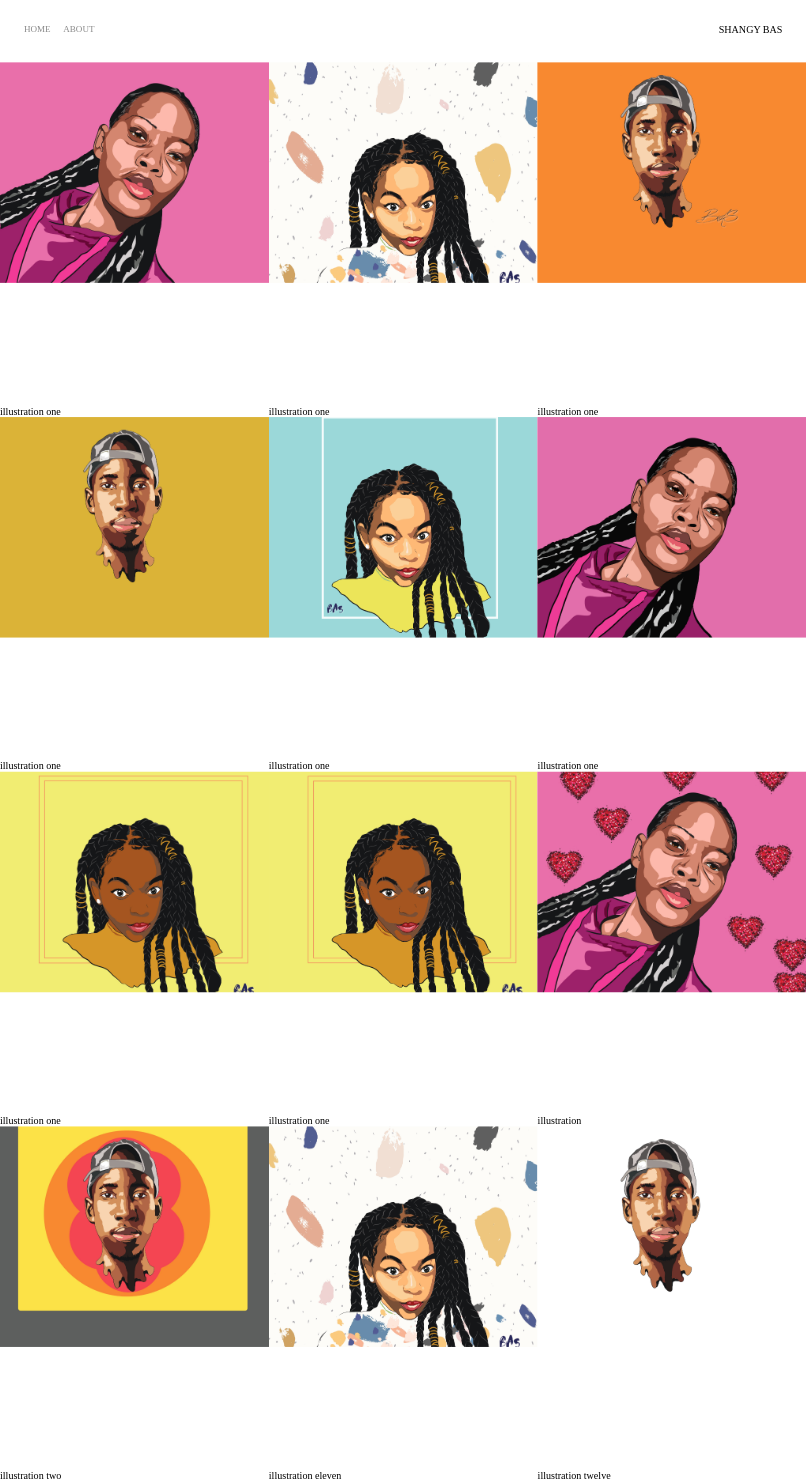
Repository: Basalil1/Basillustration.github.io
Page: index.html
These files come from the project's save history. The page is drawn as it stood at one moment and after the next save; the edit follows.
The browser window is 1280 px wide. The pictures show the whole page, at 63% of full size.

Above is the page before, as saved 2020-05-08 04:30:47.

### index.html
<!DOCTYPE html>
<html lang="en">

<head>
    <meta charset="UTF-8">
    <meta name="viewport" content="width=device-width, initial-scale=1.0">
    <title>Document</title>
    <link rel="stylesheet" href="styles.css">
</head>


<body>

    <div class="container">

        <div class="nav-wrapper">

            <div class="left-side">
                <div class="nav-link-wrapper">
                    <a href="index.html"> Home</a>
                </div>
                <div class="nav-link-wrapper">
                    <a href="about.html"> About</a>
                </div>
            </div>
            <div class="right-side">
                <div class="brand">
                    <div>SHANGY BAS</div>
                </div>
            </div>
        </div>
        <div class="content-wrapper">
            <div class="porfolio-items-wrapper">


                <div class="porfolio-item-wrapper">
                    <div class="portfolio-img-background" style="background-image: url(img/LVU_01.jpg);"> </div>
                    <div class="img-text-wrapper">
                        <div class="logo-wrapper">
                            <img src="img/logos/quip.png" alt="">

                        </div>
                        <div class="subtitle">
                            illustration one
                        </div>
                    </div>
                </div>
                <!---->
                <div class="porfolio-item-wrapper">
                    <div class="portfolio-img-background" style="background-image: url(Hlom.jpg);"> </div>
                    <div class="img-text-wrapper">
                        <div class="logo-wrapper">
                            <img src="img/logos/quip.png" alt="">

                        </div>
                        <div class="subtitle">
                            illustration one
                        </div>
                    </div>
                </div>
                <!----->
                <div class="porfolio-item-wrapper">
                    <div class="portfolio-img-background" style="background-image: url(img/shangy.jpg);"> </div>
                    <div class="img-text-wrapper">
                        <div class="logo-wrapper">
                            <img src="img/logos/quip.png" alt="">

                        </div>
                        <div class="subtitle">
                            illustration one
                        </div>
                    </div>
                </div>
                <!----->
                <div class="porfolio-item-wrapper">
                    <div class="portfolio-img-background" style="background-image: url(img/bas.jpg);"> </div>
                    <div class="img-text-wrapper">
                        <div class="logo-wrapper">
                            <img src="img/logos/quip.png" alt="">

                        </div>
                        <div class="subtitle">
                            illustration one
                        </div>
                    </div>
                </div>
                <!----->
                <div class="porfolio-item-wrapper">
                    <div class="portfolio-img-background" style="background-image: url(img/hlom3.jpg);"> </div>
                    <div class="img-text-wrapper">
                        <div class="logo-wrapper">
                            <img src="img/logos/quip.png" alt="">

                        </div>
                        <div class="subtitle">
                            illustration one
                        </div>
                    </div>
                </div>
                <!----->
                <div class="porfolio-item-wrapper">
                    <div class="portfolio-img-background" style="background-image: url(img/koziba.jpg);"> </div>
                    <div class="img-text-wrapper">
                        <div class="logo-wrapper">
                            <img src="img/logos/quip.png" alt="">

                        </div>
                        <div class="subtitle">
                            illustration one
                        </div>
                    </div>
                </div>
                <!----->
                <div class="porfolio-item-wrapper">
                    <div class="portfolio-img-background" style="background-image: url(img/Hlom1.jpg);"> </div>
                    <div class="img-text-wrapper">
                        <div class="logo-wrapper">
                            <img src="img/logos/quip.png" alt="">

                        </div>
                        <div class="subtitle">
                            illustration one
                        </div>
                    </div>
                </div>
                <!----->
                <div class="porfolio-item-wrapper">
                    <div class="portfolio-img-background" style="background-image: url(img/hlom1.jpg);"> </div>
                    <div class="img-text-wrapper">
                        <div class="logo-wrapper">
                            <img src="img/logos/edutechional.png" alt="">

                        </div>
                        <div class="subtitle">
                            illustration one
                        </div>
                    </div>
                </div>
                <!----->
                <div class="porfolio-item-wrapper">
                    <div class="portfolio-img-background" style="background-image: url(img/LVU.jpg);"> </div>
                    <div class="img-text-wrapper">
                        <div class="logo-wrapper">
                            <img src="img/logos/quip.png" alt="">

                        </div>
                        <div class="subtitle">
                            illustration
                        </div>
                    </div>
                </div>
                <!----->
                <div class="porfolio-item-wrapper">
                    <div class="portfolio-img-background" style="background-image: url(img/0001.jpg);"> </div>
                    <div class="img-text-wrapper">
                        <div class="logo-wrapper">
                            <img src="img/logos/quip.png" alt="">

                        </div>
                        <div class="subtitle">
                            illustration two
                        </div>
                    </div>
                </div>
                <!----->
                <div class="porfolio-item-wrapper">
                    <div class="portfolio-img-background" style="background-image: url(img/hlom.jpg);"> </div>
                    <div class="img-text-wrapper">
                        <div class="logo-wrapper">
                            <img src="img/logos/crondose.png" alt="">

                        </div>
                        <div class="subtitle">
                            illustration eleven
                        </div>
                    </div>
                </div>
                <!----->
                <div class="porfolio-item-wrapper">
                    <div class="portfolio-img-background" style="background-image: url(img/Sbas.jpg);"> </div>
                    <div class="img-text-wrapper">
                        <div class="logo-wrapper">
                            <img src="img/logos/dashtrack.png" alt="">

                        </div>
                        <div class="subtitle">
                            illustration twelve
                        </div>
                    </div>
                </div>

            </div>

        </div>
    </div>
</body>

</html>

### styles.css
body {
    margin: 0px;
}

.container {
    display: grid;
    grid-template-columns: 1fr;
}

.nav-wrapper {
    display: flex;
    justify-content: space-between;
    padding: 38px;
}

.left-side {
    display: flex;
}

.nav-wrapper>.left-side>div {
    margin-right: 20px;
    font-size: 0.9em;
    text-transform: uppercase;
}

.nav-link-wrapper {
    height: 22px;
    border-bottom: 1px solid transparent;
    transition: border-bottom 0.5s;
}

.nav-link-wrapper a {
    text-decoration: none;
    color: #8a8a8a;
    transition: color 0.5s;
}

.nav-link-wrapper:hover {
    border-bottom: 1px solid black;
}

.nav-link-wrapper a:hover {
    color: black;
}


/** portfolio styles*/

.porfolio-items-wrapper {
    display: grid;
    grid-template-columns: 1fr 1fr 1fr;
}

.porfolio-item-wrapper {
    position: relative;
}

.portfolio-img-background {
    height: 350px;
    width: 100%;
    background-size: cover;
    background-position: center;
    background-repeat: no-repeat;
}

After the next save:
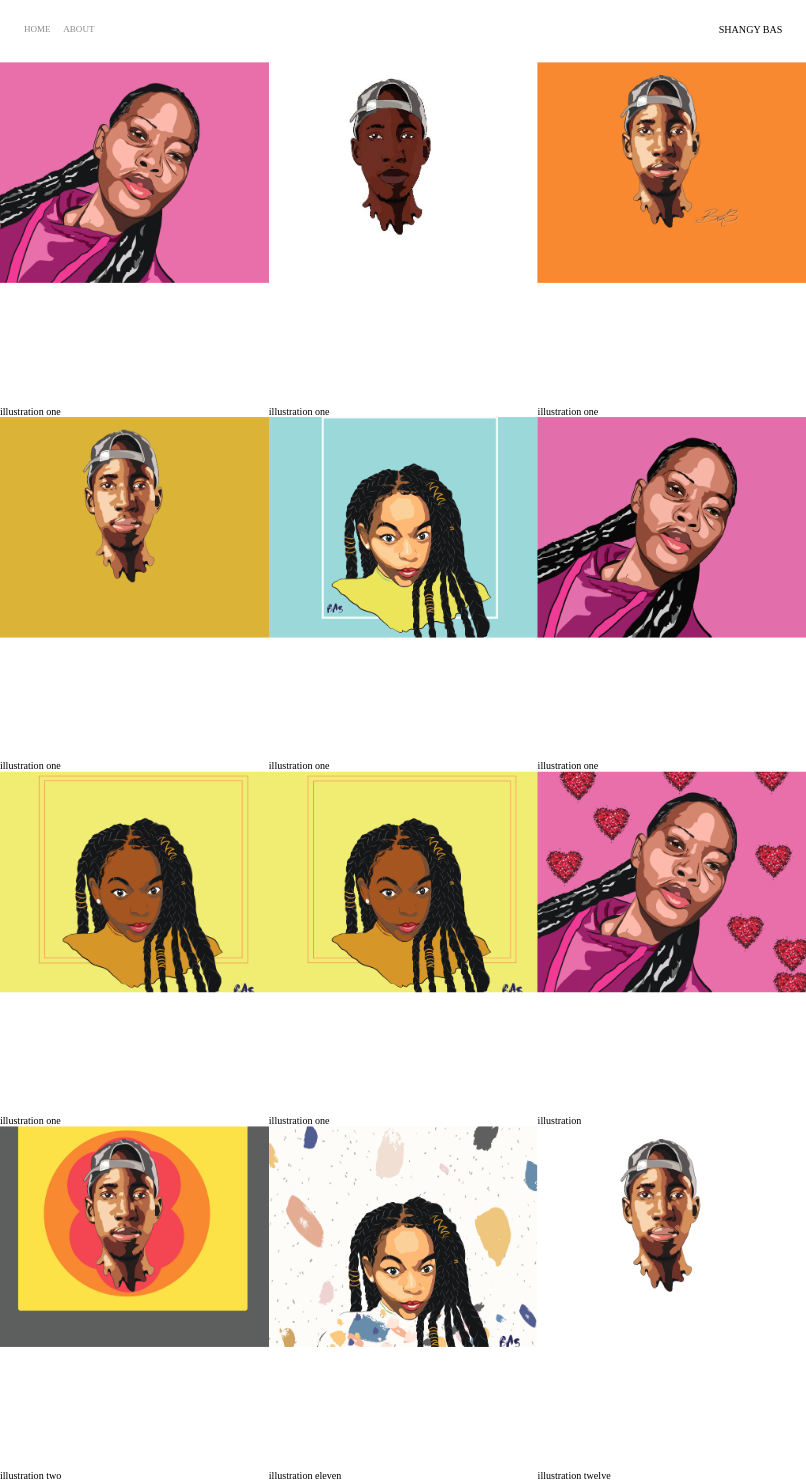
Saved 4 min 48 s later.
--- a/index.html
+++ b/index.html
@@ -47,7 +47,7 @@
                 </div>
                 <!---->
                 <div class="porfolio-item-wrapper">
-                    <div class="portfolio-img-background" style="background-image: url(Hlom.jpg);"> </div>
+                    <div class="portfolio-img-background" style="background-image: url(img/nani.jpg);"> </div>
                     <div class="img-text-wrapper">
                         <div class="logo-wrapper">
                             <img src="img/logos/quip.png" alt="">
